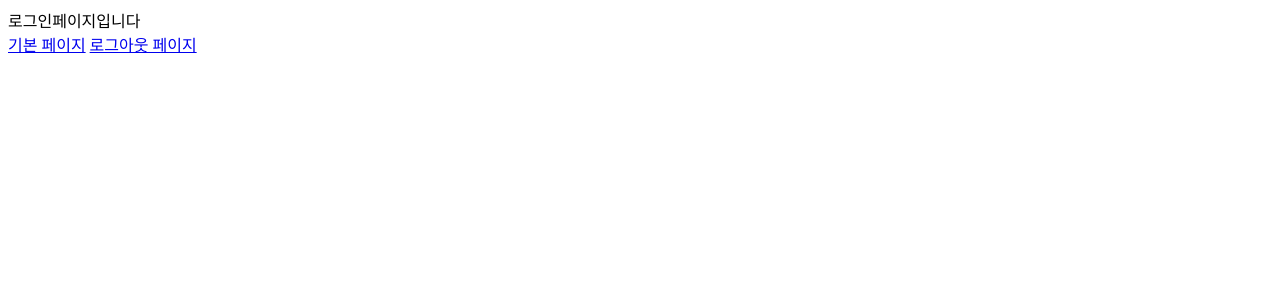
Repository: lhj1214/spring
Page: http://localhost/di/login
These files come from the project's save history. The page is drawn as it stood at one moment and after the next save; the edit follows.
The browser window is 1280 px wide. The pictures show the whole page.
The page is served by Tomcat 9.

Above is the page before, as saved 2020-11-18 06:06:53.

After the next save:
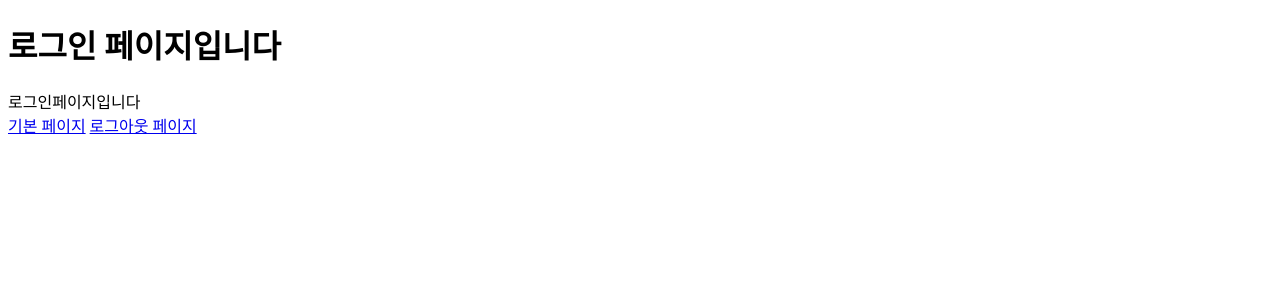
Saved 43 s later.
--- a/spring_workspace/di/src/main/webapp/WEB-INF/views/member/login.jsp
+++ b/spring_workspace/di/src/main/webapp/WEB-INF/views/member/login.jsp
@@ -7,6 +7,7 @@
 <title>Insert title here</title>
 </head>
 <body>
+	<h1>로그인 페이지입니다</h1>
 	${ login }<br>
 	<a href="index">기본 페이지</a>
 	<a href="logout">로그아웃 페이지</a>
